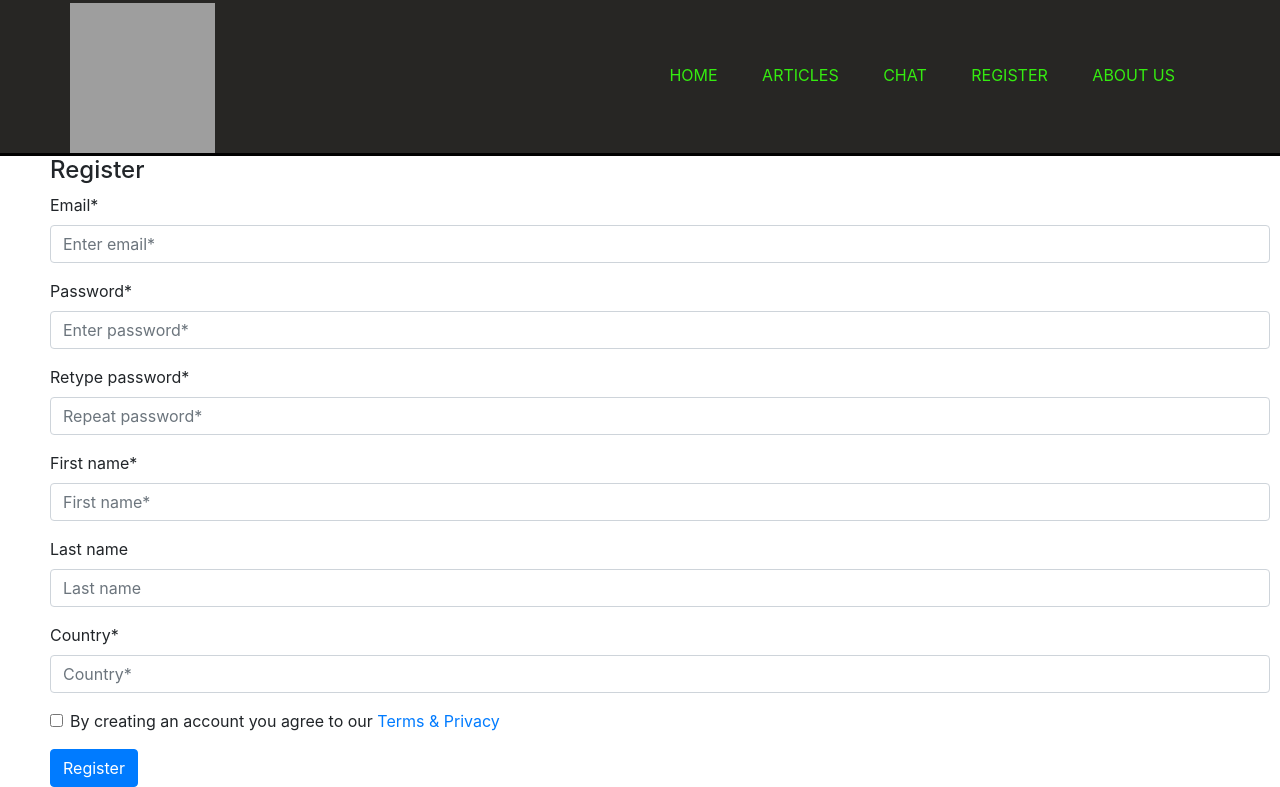
Repository: elvitasaukitena/Web
Page: register/register.html
These files come from the project's save history. The page is drawn as it stood at one moment and after the next save; the edit follows.
The browser window is 1280 px wide. The pictures show the whole page.
Pictures or frames that could not be fetched are drawn as grey boxes.

Above is the page before, as saved 2018-08-08 14:56:44.

### register/register.html
<!DOCTYPE html>
<html lang="en">

<head>
    <meta charset="UTF-8">
    <meta name="viewport" content="width=device-width, initial-scale=1.0">
    <meta http-equiv="X-UA-Compatible" content="ie=edge">
    <title>Document</title>
    <link rel="stylesheet" type="text/css" media="screen" href="register.css" />
    <link rel="stylesheet" href="https://stackpath.bootstrapcdn.com/bootstrap/4.1.3/css/bootstrap.min.css" integrity="sha384-MCw98/SFnGE8fJT3GXwEOngsV7Zt27NXFoaoApmYm81iuXoPkFOJwJ8ERdknLPMO"
        crossorigin="anonymous">

</head>

<body>
    <header>
        <div class="container">
            <div id="branding">
                <a href="../homepage/home.html">
                    <img id="img1" src="https://orig00.deviantart.net/999e/f/2017/347/7/e/cute_cat_gif_version_by_byanchalovelemon-dbwlb8v.gif">

                </a>
            </div>
            <div>

                <nav>
                    <ul>
                        <li>
                            <a href="../home/home.html">Home</a>
                        </li>
                        <li>
                            <a href="../articles/articles.html">Articles</a>
                        </li>
                        <li>
                            <a href="../chat/chat.html">Chat</a>
                        </li>
                        <li>
                            <a href="../register/register.html">Register</a>
                        </li>
                        <li>
                            <a href="../about us/about.html">About Us</a>
                        </li>
                    </ul>
                </nav>

            </div>

    </header>

    <div class="register">

            <form class="needs-validation" id="signup_form" action="../src/index.html" target="_blank" method="POST" novalidate>
                <h4 id="reg_title">Register</h4>
                <div class="form-group">
                    <label for="email">Email*</label>
                    <input type="email" class="form-control" id="email" placeholder="Enter email*" name="email" required>
                </div>
                <div class="form-group">
                    <label for="pwd">Password*</label>
                    <input type="password" class="form-control" id="password" placeholder="Enter password*" name="password" required>
                </div>
                <div class="form-group">
                    <label for="pwd">Retype password*</label>
                    <input type="password" class="form-control" id="confirmpassword" placeholder="Repeat password*" name="confirmpassword" required>
                </div>
                <div class="form-group">
                    <label for="pwd">First name*</label>
                    <input type="text" class="form-control" id="firstN" placeholder="First name*" name="firstN" required>
                </div>
                <div class="form-group">
                    <label for="pwd">Last name</label>
                    <input type="text" class="form-control" id="lastN" placeholder="Last name" name="lastN" required>
                </div>
                <div class="form-group">
                    <label for="pwd">Country*</label>
                    <input type="text" class="form-control" id="country" placeholder="Country*" name="country" required>
                </div>

                <div class="form-group">
                    <div class="form-check">
                        <input class="form-check-input" type="checkbox" id="checkbox1" name="checkbox" required>
                        <label class="form-check-label" for="checkbox1">By creating an account you agree to our
                            <a href="#">Terms &#38; Privacy</a>
                        </label>

                    </div>
                </div>

                <button type="submit" class="btn btn-primary" value="Submit" onClick="validatePassword();">Register</button>

            </form>

        </div>

</body>

</html>

### register/register.css
body{
    font-family: Arial, Helvetica, sans-serif;
    font-size: 15px;
    line-height: 1,5;
    font: 15px/1,5 Arial, Helvetica, sans-serif;
    padding:0;
    margin:0;
    background-color: rgb(192, 189, 189);
}

.container{
    width: 40%;
    margin:auto;
    overflow:hidden;
}


header ul{
    margin:0;
    padding:0;

}


header{
    background: #272624;
    color: #ffffff;
    padding-top: 3px;
    min-height: 40px;
    border-bottom: #000000 3px solid;
}

header #branding{
    float: left;
    margin-left: -20px;
    margin-top: 0px;
    margin-bottom: 0px;
}

header #img1{
    height: 150px;
    width: 150px;
}

header a{
    color: #35ec10;
    text-decoration: none;
    text-transform: uppercase;
    font: size 16;
}

header nav{
    float: right;
    margin-top: 60px;
}

header li{
    display: inline;
    padding: 0 20px 0 20px;
}
.register {
    padding: 0 10px 0 50px;
}

After the next save:
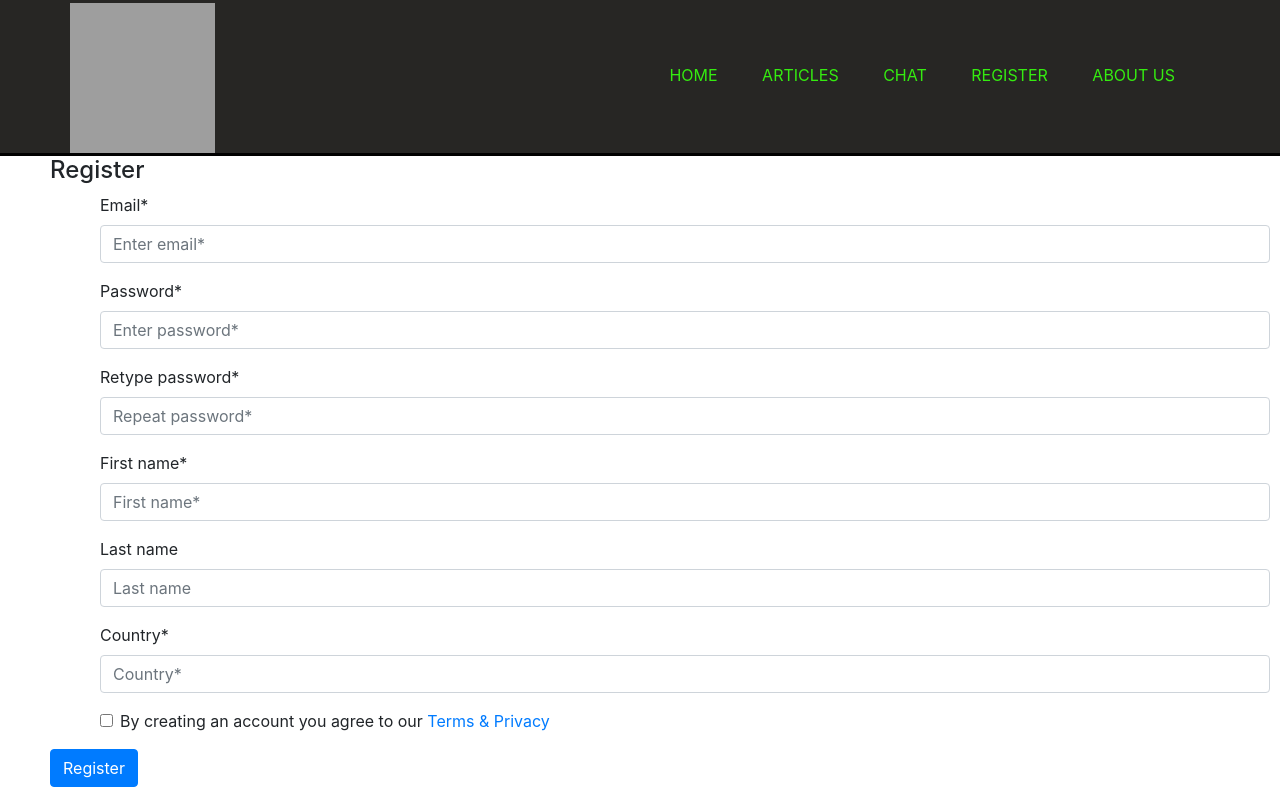
Saved 75 s later.
--- a/register/register.css
+++ b/register/register.css
@@ -61,3 +61,6 @@
 .register {
     padding: 0 10px 0 50px;
 }
+.form-group {
+    margin-left: 50px;
+}
